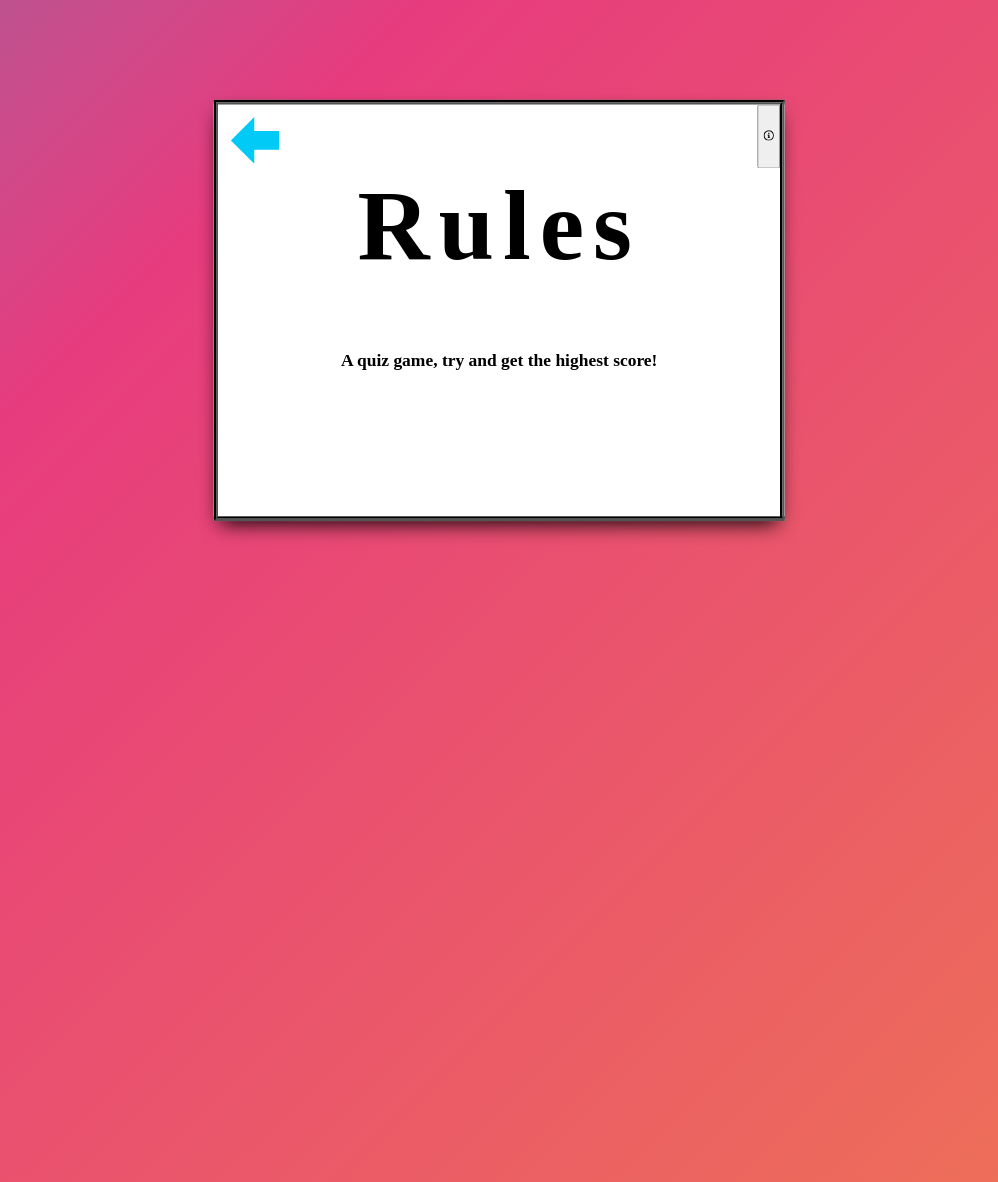
Repository: PatrickTheCodeGuy/QuizApp
Page: /newGame (app in quizapp/)
These files come from the project's save history. The page is drawn as it stood at one moment and after the next save; the edit follows.
The browser window is 1280 px wide. The pictures show the whole page, at 78% of full size.
The project was rebuilt for these pictures with package versions that can differ from the ones it lists, and the page was loaded fresh each time. A package was used in the major version that the imports need, not the one package.json lists. Also part of the build but not shown: quizapp/src/App.css, quizapp/src/components/Leaderboard/Leaderboard.css, quizapp/src/components/Leaderboard/Leaderboard.js, quizapp/src/components/StartMenu/StartMenu.js, quizapp/src/App.js.

Above is the page before, as saved 2021-07-08 19:07:52.

After the next save:
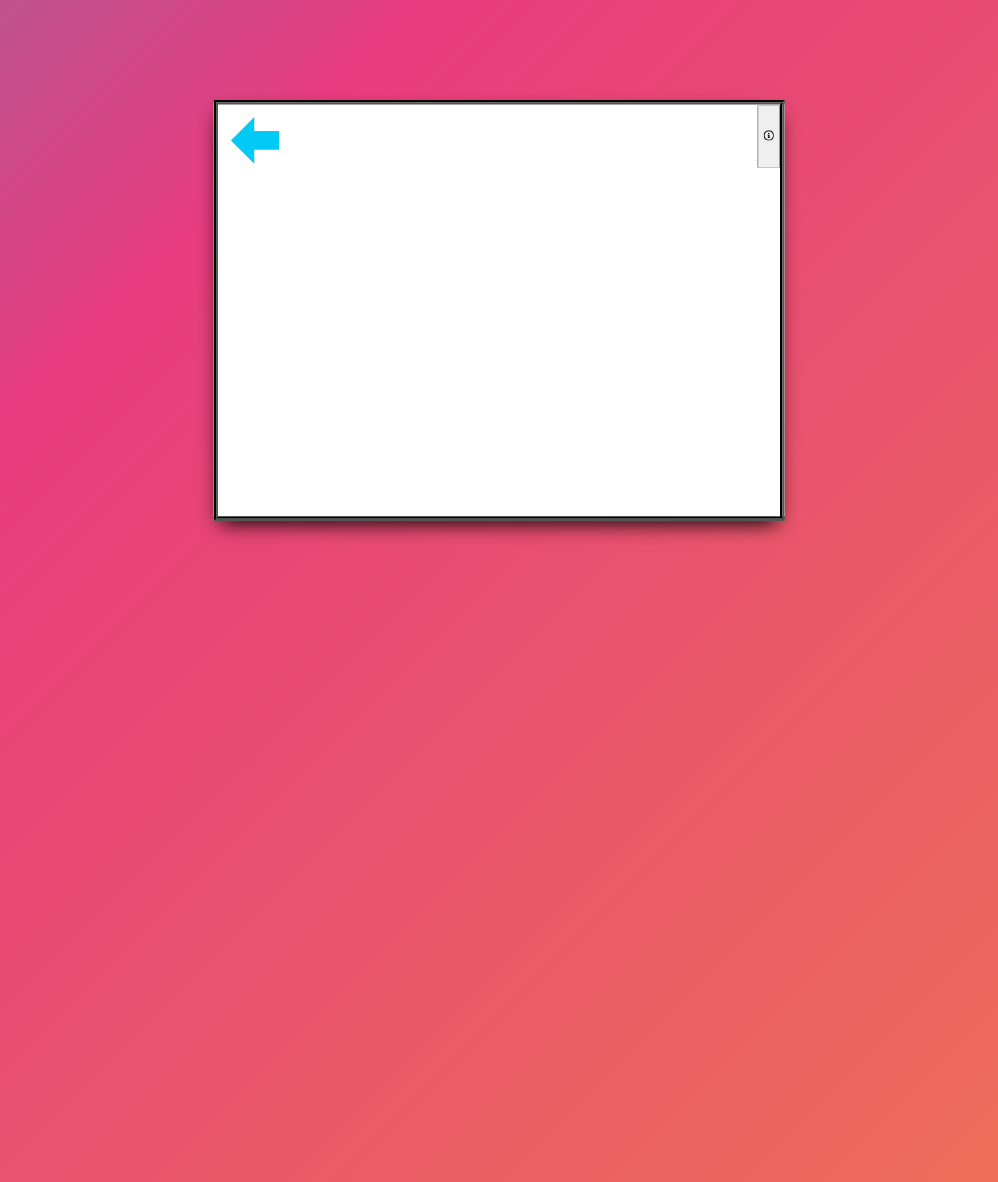
Saved 33 s later.
--- a/quizapp/src/components/GameInfo/GameInfo.js
+++ b/quizapp/src/components/GameInfo/GameInfo.js
@@ -27,8 +27,7 @@ function GameInfo() {
 																</Modal>
             </div>
             <div className="gameInfo-body">
-																<h1 className="menu-text">Rules</h1>
-                <p className="regular-text">A quiz game, try and get the highest score!</p>
+
             </div>
 
 												</div>
